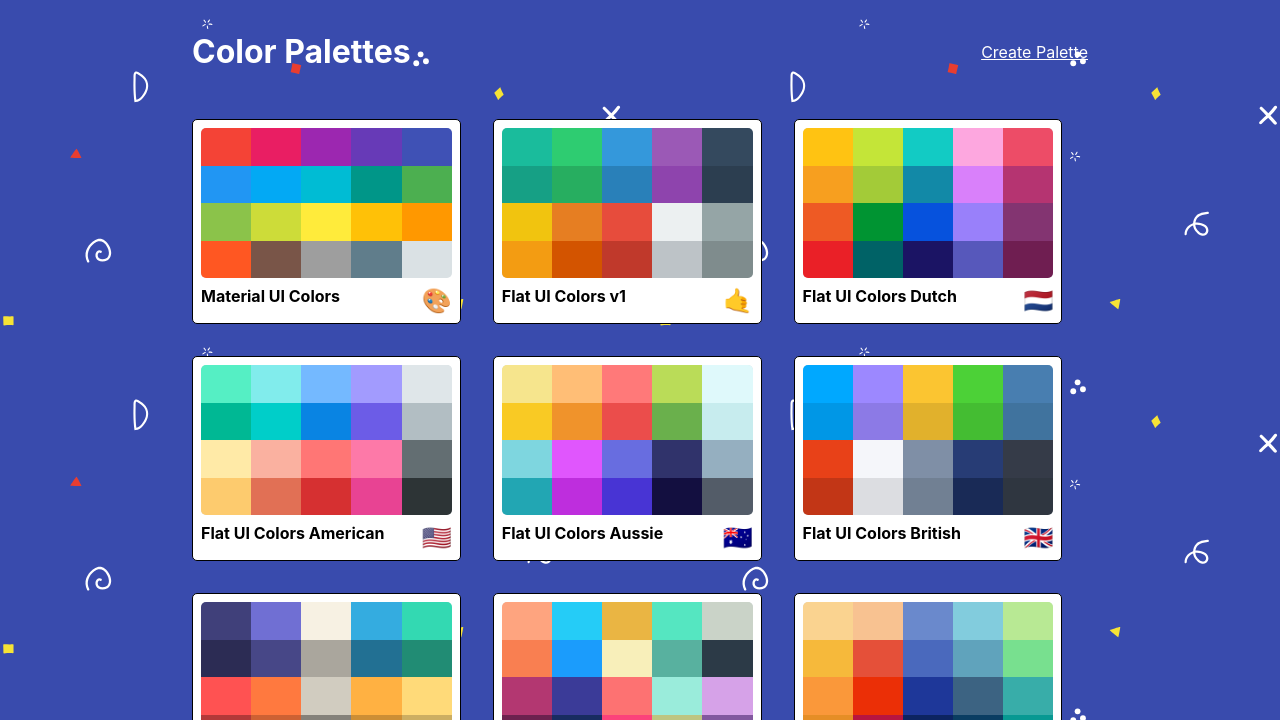
Repository: zhapar/colors-app
Page: /
The author's editor kept a copy of each file at every save. The page is drawn from the files as they stood at one save, then again after the next save.
The browser window is 1280 px wide. The pictures show the whole page.
An inner scrolling area shows only its first screen. The project was rebuilt for these pictures with package versions that can differ from the ones it lists, and the page was loaded fresh each time. Also part of the build but not shown: src/styles/ColorBoxStyles.js, src/ColorBox.js, src/styles/PaletteFooterStyles.js, src/PaletteFooter.js, src/styles/PaletteStyles.js, src/Palette.js, src/SingleColorPalette.js. Imported but missing from the stored project, and not drawn on this page: src/Navbar, src/NewPaletteForm.

Above is the page before, as saved 2020-09-23 10:19:56.

### public/index.html
<!DOCTYPE html>
<html lang="en">
  <head>
    <meta charset="utf-8" />
    <link rel="icon" href="%PUBLIC_URL%/logo.png" />
    <meta name="viewport" content="width=device-width, initial-scale=1" />
    <meta name="theme-color" content="#000000" />
    <meta
      name="description"
      content="Web site created using create-react-app"
    />
    <link rel="apple-touch-icon" href="%PUBLIC_URL%/logo.png" />
    <!--
      manifest.json provides metadata used when your web app is installed on a
      user's mobile device or desktop. See https://developers.google.com/web/fundamentals/web-app-manifest/
    -->
    <link rel="manifest" href="%PUBLIC_URL%/manifest.json" />
    <!--
      Notice the use of %PUBLIC_URL% in the tags above.
      It will be replaced with the URL of the `public` folder during the build.
      Only files inside the `public` folder can be referenced from the HTML.

      Unlike "/favicon.ico" or "favicon.ico", "%PUBLIC_URL%/favicon.ico" will
      work correctly both with client-side routing and a non-root public URL.
      Learn how to configure a non-root public URL by running `npm run build`.
    -->
    <title>React Color Palettes</title>
  </head>
  <body>
    <noscript>You need to enable JavaScript to run this app.</noscript>
    <div id="root"></div>
    <!--
      This HTML file is a template.
      If you open it directly in the browser, you will see an empty page.

      You can add webfonts, meta tags, or analytics to this file.
      The build step will place the bundled scripts into the <body> tag.

      To begin the development, run `npm start` or `yarn start`.
      To create a production bundle, use `npm run build` or `yarn build`.
    -->
  </body>
</html>

### src/App.js
import React, { Component } from "react";
import { Switch, Route } from "react-router-dom";
import { TransitionGroup, CSSTransition } from "react-transition-group";
import PaletteList from "./PaletteList";
import Palette from "./Palette";
import NewPaletteForm from "./NewPaletteForm";
import SingleColorPalette from "./SingleColorPalette";
import Page from "./Page";
import seedColors from "./seedColors";
import { generatePalette } from "./colorHelpers";

class App extends Component {
  constructor(props) {
    super(props);
    const savedPalettes = JSON.parse(window.localStorage.getItem("palettes"));
    this.state = {
      palettes: savedPalettes || seedColors,
    };
    this.savePalette = this.savePalette.bind(this);
    this.deletePalette = this.deletePalette.bind(this);
  }
  findPalette(id) {
    return this.state.palettes.find(function (palette) {
      return palette.id === id;
    });
  }
  savePalette(newPalette) {
    this.setState(
      { palettes: [...this.state.palettes, newPalette] },
      this.syncLocalStorage
    );
  }
  deletePalette(id) {
    this.setState(
      (st) => ({
        palettes: st.palettes.filter((palette) => palette.id !== id),
      }),
      this.syncLocalStorage
    );
  }
  syncLocalStorage() {
    window.localStorage.setItem(
      "palettes",
      JSON.stringify(this.state.palettes)
    );
  }
  render() {
    const { palettes } = this.state;
    return (
      <Route
        render={({ location }) => (
          <TransitionGroup>
            <CSSTransition key={location.key} classNames="fade" timeout={500}>
              <Switch location={location}>
                <Route
                  exact
                  path="/palette/new"
                  render={(routeProps) => (
                    <Page>
                      <NewPaletteForm
                        savePalette={this.savePalette}
                        palettes={palettes}
                        {...routeProps}
                      />
                    </Page>
                  )}
                />
                <Route
                  exact
                  path="/"
                  render={(routeProps) => (
                    <Page>
                      <PaletteList
                        palettes={palettes}
                        {...routeProps}
                        deletePalette={this.deletePalette}
                      />
                    </Page>
                  )}
                />
                <Route
                  exact
                  path="/palette/:id"
                  render={(routeProps) => (
                    <Page>
                      <Palette
                        palette={generatePalette(
                          this.findPalette(routeProps.match.params.id)
                        )}
                      />
                    </Page>
                  )}
                />
                <Route
                  exact
                  path="/palette/:paletteId/:colorId"
                  render={(routeProps) => (
                    <Page>
                      <SingleColorPalette
                        palette={generatePalette(
                          this.findPalette(routeProps.match.params.paletteId)
                        )}
                        colorId={routeProps.match.params.colorId}
                      />
                    </Page>
                  )}
                />
                <Route
                  render={(routeProps) => (
                    <Page>
                      <PaletteList
                        palettes={palettes}
                        {...routeProps}
                        deletePalette={this.deletePalette}
                      />
                    </Page>
                  )}
                />
              </Switch>
            </CSSTransition>
          </TransitionGroup>
        )}
      />

      // <div>
      //   <Palette palette={generatePalette(seedColors[1])} />
      // </div>
    );
  }
}

export default App;

### src/PaletteList.js
import React, { PureComponent } from "react";
import { TransitionGroup, CSSTransition } from "react-transition-group";
import { Link } from "react-router-dom";
import MiniPalette from "./MiniPalette";
import { withStyles } from "@material-ui/styles";
import Dialog from "@material-ui/core/Dialog";
import List from "@material-ui/core/List";
import ListItem from "@material-ui/core/ListItem";
import ListItemText from "@material-ui/core/ListItemText";
import Avatar from "@material-ui/core/Avatar";
import ListItemAvatar from "@material-ui/core/ListItemAvatar";
import CheckIcon from "@material-ui/icons/Check";
import CloseIcon from "@material-ui/icons/Close";
import DialogTitle from "@material-ui/core/DialogTitle";
import styles from "./styles/PaletteListStyles";
import blue from "@material-ui/core/colors/blue";
import red from "@material-ui/core/colors/red";

class PaletteList extends PureComponent {
  constructor(props) {
    super(props);
    this.state = {
      isDeleteDialogOpen: false,
      deletingItemId: "",
    };
    this.openDialog = this.openDialog.bind(this);
    this.closeDialog = this.closeDialog.bind(this);
    this.handleDelete = this.handleDelete.bind(this);
    this.goToPalette = this.goToPalette.bind(this);
  }

  openDialog(id) {
    this.setState({ isDeleteDialogOpen: true, deletingItemId: id });
  }

  closeDialog() {
    this.setState({ isDeleteDialogOpen: false, deletingItemId: "" });
  }

  handleDelete() {
    this.props.deletePalette(this.state.deletingItemId);
    this.closeDialog();
  }

  goToPalette(id) {
    this.props.history.push(`/palette/${id}`);
  }
  render() {
    const { palettes, classes } = this.props;
    const { isDeleteDialogOpen } = this.state;
    return (
      <div className={classes.root}>
        <div className={classes.container}>
          <nav className={classes.nav}>
            <h1 className={classes.title}>Color Palettes</h1>
            <Link to="/palette/new">Create Palette</Link>
          </nav>
          <TransitionGroup className={classes.palettes}>
            {palettes.map((palette) => (
              <CSSTransition key={palette.id} classNames="fade" timeout={500}>
                <MiniPalette
                  {...palette}
                  key={palette.id}
                  goToPalette={this.goToPalette}
                  handleDelete={this.openDialog}
                />
              </CSSTransition>
            ))}
          </TransitionGroup>
        </div>
        <Dialog
          open={isDeleteDialogOpen}
          aria-labelledby="delete-dialog-title"
          onClose={this.closeDialog}
        >
          <DialogTitle id="delete-dialog-title">
            Delete This Palette?
          </DialogTitle>

          <List>
            <ListItem button onClick={this.handleDelete}>
              <ListItemAvatar>
                <Avatar
                  style={{ backgroundColor: blue[100], color: blue[600] }}
                >
                  <CheckIcon />
                </Avatar>
              </ListItemAvatar>
              <ListItemText primary="Delete" />
            </ListItem>
            <ListItem button onClick={this.closeDialog}>
              <ListItemAvatar>
                <Avatar style={{ backgroundColor: red[100], color: red[600] }}>
                  <CloseIcon />
                </Avatar>
              </ListItemAvatar>
              <ListItemText primary="Cancel" />
            </ListItem>
          </List>
        </Dialog>
      </div>
    );
  }
}

export default withStyles(styles)(PaletteList);

### src/Page.js
import React from "react";
import "./styles/Page.css";

function Page({ children }) {
  return <section className="page">{children}</section>;
}

export default Page;

### src/colorHelpers.js
import chroma from "chroma-js";

const levels = [50, 100, 200, 300, 400, 500, 600, 700, 800, 900];

function generatePalette(starterPalette) {
  let newPalette = {
    paletteName: starterPalette.paletteName,
    id: starterPalette.id,
    emoji: starterPalette.emoji,
    colors: {},
  };
  for (let level of levels) {
    newPalette.colors[level] = [];
  }
  for (let color of starterPalette.colors) {
    let scale = getScale(color.color, 10).reverse();
    for (let i in scale) {
      newPalette.colors[levels[i]].push({
        name: `${color.name} ${levels[i]}`,
        id: color.name.toLowerCase().replace(/ /g, "-"),
        hex: scale[i],
        rgb: chroma(scale[i]).css(),
        rgba: chroma(scale[i])
          .css()
          .replace("rgb", "rgba")
          .replace(")", ",1.0)"),
      });
    }
  }

  return newPalette;
}

function getRange(hexColor) {
  const end = "#fff";
  return [chroma(hexColor).darken(1.4).hex(), hexColor, end];
}

function getScale(hexColor, numberOfColors) {
  return chroma.scale(getRange(hexColor)).mode("lab").colors(numberOfColors);
}

export { generatePalette };

### src/MiniPalette.js
import React, { Component } from "react";
import { withStyles } from "@material-ui/styles";
import DeleteIcon from "@material-ui/icons/Delete";
import styles from "./styles/MiniPaletteStyles";

class MiniPalette extends Component {
  constructor(props) {
    super(props);
    this.handleDelete = this.handleDelete.bind(this);
    this.handleClick = this.handleClick.bind(this);
  }

  handleDelete(e) {
    e.stopPropagation();
    this.props.handleDelete(this.props.id);
  }

  handleClick() {
    this.props.goToPalette(this.props.id);
  }

  render() {
    const { classes, paletteName, emoji, colors } = this.props;

    const miniColorBoxes = colors.map((color) => (
      <div
        className={classes.miniColor}
        style={{ backgroundColor: color.color }}
        key={color.name}
      ></div>
    ));
    return (
      <div className={classes.root} onClick={this.handleClick}>
        <DeleteIcon
          className={classes.deleteIcon}
          style={{ transition: "all 0.3s ease-in-out" }}
          onClick={this.handleDelete}
        />
        <div className={classes.colors}>{miniColorBoxes}</div>
        <h5 className={classes.title}>
          {paletteName} <span className={classes.emoji}>{emoji}</span>{" "}
        </h5>
      </div>
    );
  }
}

export default withStyles(styles)(MiniPalette);

### src/styles/PaletteListStyles.js
import sizes from "./sizes";
import bg from "./bg.svg";

export default {
  "@global": {
    ".fade-exit": {
      opacity: "1",
    },
    ".fade-exit-active": {
      opacity: "0",
      transition: "opacity 500ms ease-out",
    },
  },
  root: {
    height: "100vh",
    display: "flex",
    alignItems: "flex-start",
    justifyContent: "center",
    // background by SVGBackgrounds.com
    backgroundColor: "#394bad",
    backgroundImage: `url(${bg})`,
    overflowY: "scroll",
  },
  title: {
    fontSize: "2rem",
    [sizes.down("xs")]: {
      fontSize: "1.6rem",
    },
  },
  container: {
    width: "55%",
    display: "flex",
    alignItems: "flex-start",
    flexDirection: "column",
    flexWrap: "wrap",
    [sizes.down("xl")]: {
      width: "70%",
    },
  },
  nav: {
    display: "flex",
    width: "100%",
    justifyContent: "space-between",
    alignItems: "center",
    color: "#fff",
    [sizes.down("xs")]: {
      fontSize: "0.8rem",
    },
    "& a": {
      color: "#fff",
    },
  },
  palettes: {
    boxSizing: "border-box",
    width: "100%",
    display: "grid",
    gridTemplateColumns: "repeat(3, 30%)",
    gridGap: "2rem",
    padding: "1rem 0 2rem",
    [sizes.down("md")]: {
      gridTemplateColumns: "repeat(2, 50%)",
    },
    [sizes.down("xs")]: {
      gridTemplateColumns: "repeat(1, 100%)",
      gridGap: "1rem",
    },
  },
};

### src/styles/Page.css
.page {
  height: 100vh;
  width: 100%;
  position: fixed;
  top: 0;
  transition: opacity 0.5s ease-in-out !important;
}

.fade-enter {
  opacity: 0 !important;
}

.fade-enter-active {
  opacity: 1 !important;
}

.fade-exit-active {
  opacity: 0 !important;
}

### src/styles/MiniPaletteStyles.js
export default {
  root: {
    backgroundColor: "white",
    border: "1px solid black",
    borderRadius: "5px",
    padding: "0.5rem",
    position: "relative",
    overflow: "hidden",
    cursor: "pointer",
    "&:hover svg": {
      opacity: "1",
    },
  },
  colors: {
    backgroundColor: "#dae1e4",
    height: "150px",
    width: "100%",
    borderRadius: "5px",
    overflow: "hidden",
    display: "flex",
    flexWrap: "wrap",
    alignContent: "flex-start",
    justifyContent: "flex-start",
  },
  title: {
    display: "flex",
    justifyContent: "space-between",
    alignItem: "center",
    fontSize: "1rem",
    margin: "0",
    color: "black",
    paddingTop: "0.5rem",
    position: "relative",
  },
  emoji: {
    marginLeft: "0.5rem",
    fontSize: "1.5rem",
  },
  miniColor: {
    height: "25%",
    width: "20%",
    display: "inline-block",
    margin: "0",
    position: "relative",
  },
  deleteIcon: {
    color: "white",
    backgroundColor: "#eb3d30",
    position: "absolute",
    top: "0",
    right: "0",
    padding: "10px",
    width: "20px",
    height: "20px",
    zIndex: "10",
    opacity: "0",
    transition: "all 0.3s ease-in-out",
  },
};

### src/styles/sizes.js
export default {
  up() {},
  down(size) {
    const sizes = {
      xs: "575.98px",
      sm: "767.98px",
      md: "991.98px",
      lg: "1199.98px",
      xl: "1400px",
    };
    return `@media (max-width: ${sizes[size]})`;
  },
};

Loaded but not shown: src/index.js (common file); src/index.css (common file); src/serviceWorker.js (common file); src/seedColors.js (244 lines, source omitted)

After the next save:
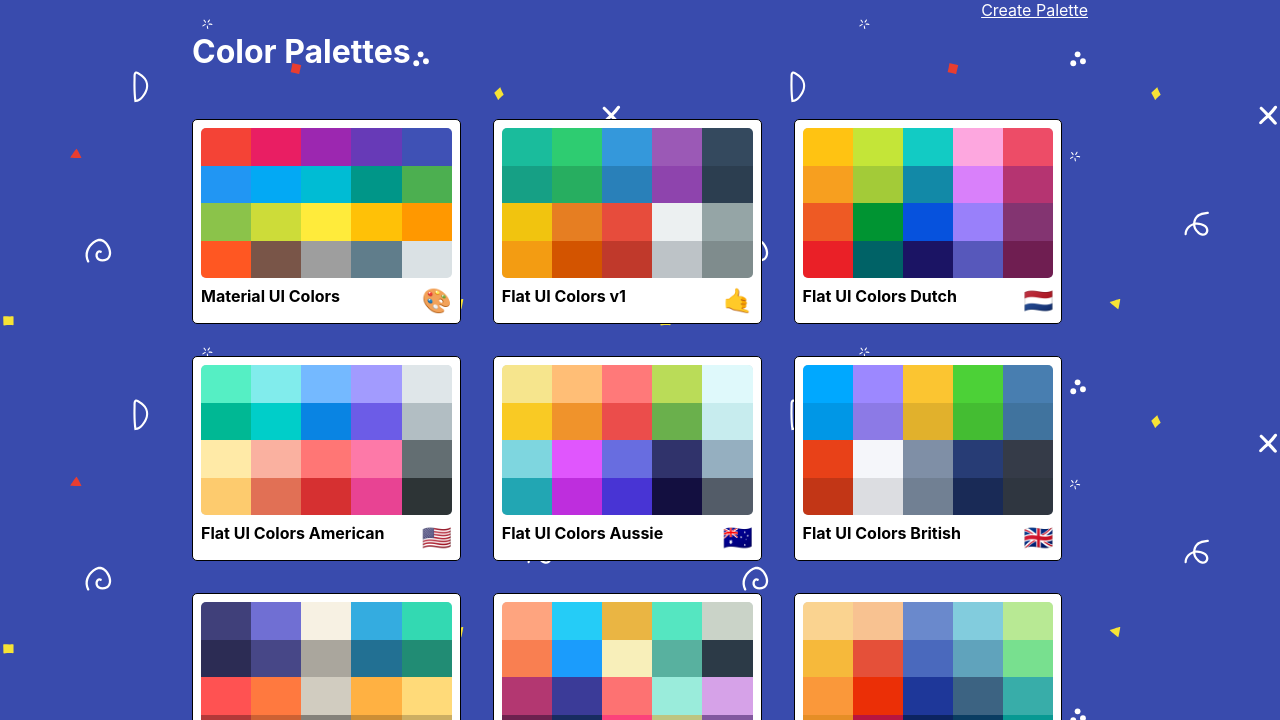
Saved 39 s later.
--- a/src/styles/PaletteListStyles.js
+++ b/src/styles/PaletteListStyles.js
@@ -41,7 +41,7 @@
     display: "flex",
     width: "100%",
     justifyContent: "space-between",
-    alignItems: "center",
+    alignContent: "center",
     color: "#fff",
     [sizes.down("xs")]: {
       fontSize: "0.8rem",

After the save that followed:
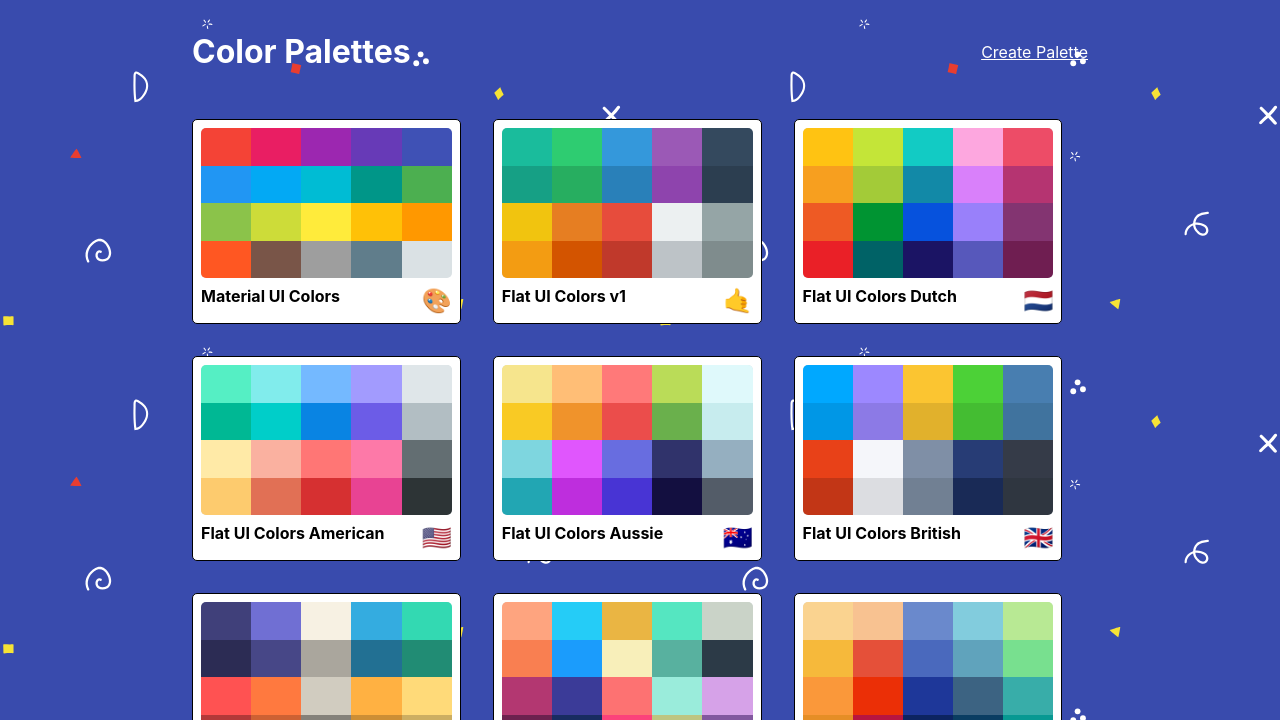
Saved 13 s later.
--- a/src/styles/PaletteListStyles.js
+++ b/src/styles/PaletteListStyles.js
@@ -41,7 +41,7 @@
     display: "flex",
     width: "100%",
     justifyContent: "space-between",
-    alignContent: "center",
+    alignItems: "center",
     color: "#fff",
     [sizes.down("xs")]: {
       fontSize: "0.8rem",
